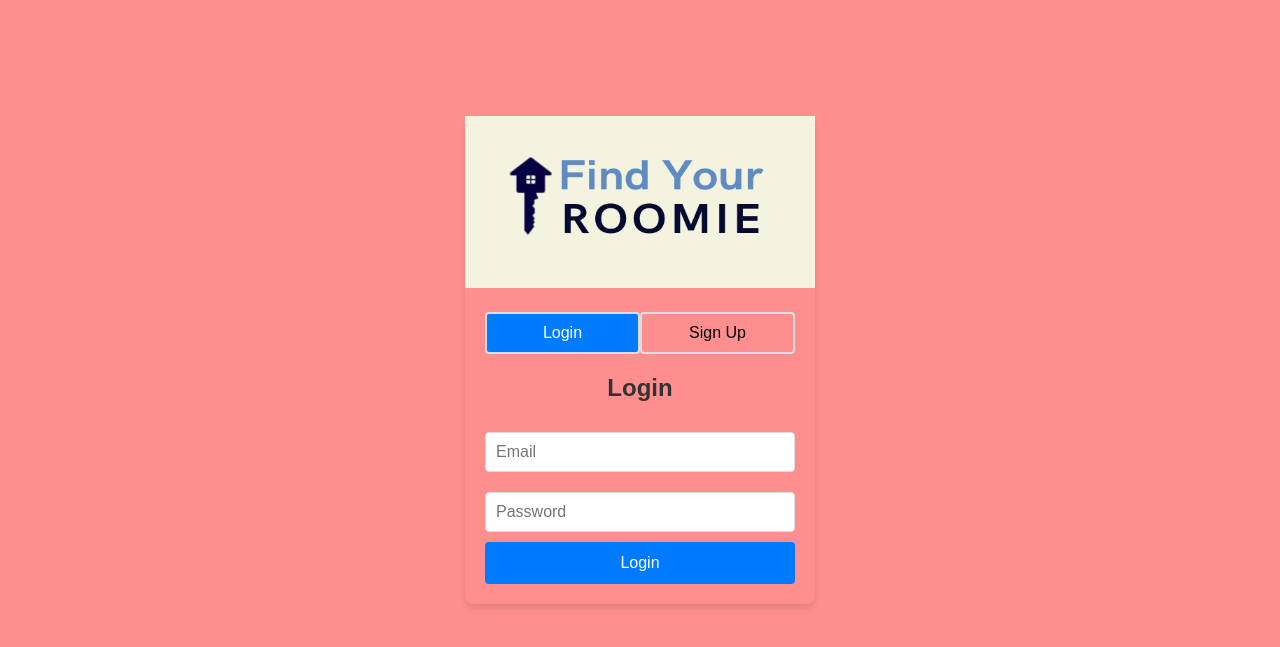
Repository: Sanjana-Inapakolla/Find-your-Roomie-website
Page: mini-project(jfst)/MiniProject/src/main/webapp/Login_signup.html
The author's editor kept a copy of each file at every save. The page is drawn from the files as they stood at one save, then again after the next save.
The browser window is 1280 px wide. The pictures show the whole page.

Above is the page before, as saved 2024-11-13 09:43:24.

### mini-project(jfst)/MiniProject/src/main/webapp/Login_signup.html
<!DOCTYPE html>
<html lang="en">
<head>
    <meta charset="UTF-8">
    <meta name="viewport" content="width=device-width, initial-scale=1.0">
    <title>Roommate Finder</title>
    <link rel="stylesheet" href="styles.css">
</head>
<body>

    <div class="container">
    <img src="images/logo.png" height =172 width=350>
        <div class="form-container">
            <div class="form-switch">
                <button class="switch-btn active" id="login-btn">Login</button>
                <button class="switch-btn" id="signup-btn">Sign Up</button>
            </div>

            <!-- Login Form -->
            <form id="login-form" class="form active" action="auth/login">
                <h2>Login</h2>
                <input type="email" name="email" placeholder="Email" required>
                <input type="password" name="password" placeholder="Password" required>
                <button type="submit" id="login" value="login">Login</button>
            </form>

            <!-- Sign Up Form -->
            <form id="signup-form" class="form" action="auth/register">
                <h2>Sign Up</h2>
                <input type="text" name="username" placeholder="Username" required>
                <input type="email" name="signupemail" placeholder="Email" required>
                <input type="password" name="signuppassword" placeholder="Password" required>
                <input type="password" name="confirmPassword" placeholder="Confirm Password" required>
                <button type="submit" id="signup" value="signup">Sign Up</button>
            </form>
            <div id="error"></div>
        </div>
    </div>

    <script src="https://ajax.googleapis.com/ajax/libs/jquery/3.6.0/jquery.min.js"></script>
    <script>
        document.getElementById('login-btn').addEventListener('click', function() {
    	$('#error').text("");
        document.getElementById('login-form').classList.add('active');
        document.getElementById('signup-form').classList.remove('active');
        document.getElementById('login-btn').classList.add('active');
        document.getElementById('signup-btn').classList.remove('active');
    });

    document.getElementById('signup-btn').addEventListener('click', function() {
    	$('#error').text("");
        document.getElementById('signup-form').classList.add('active');
        document.getElementById('login-form').classList.remove('active');
        document.getElementById('signup-btn').classList.add('active');
        document.getElementById('login-btn').classList.remove('active');
    });
    $(document).ready(function() {
        // Attach the click event directly to the submit button
        $('#signup').click(function(event) {
            event.preventDefault();  // Prevent form submission
            $('#error').text("");  // Clear previous error

            // Get values from the form inputs
            var email = $('input[name=signupemail]').val();
            var username = $('input[name="username"]').val();
            var password = $('input[name="signuppassword"]').val();
            var confirmPassword = $('input[name="confirmPassword"]').val();
            if (!password) { console.log("Password is empty."); }

            // Password validation
            var passwordValidation = /^(?=.*[A-Za-z])(?=.*\d)(?=.*[!@#$%^&*])[A-Za-z\d!@#$%^&*]{8,20}$/;

            // Validate the password format
            if (!passwordValidation.test(password)) {
                $('#error').text("Password must be between 8-20 characters and contain at least one letter, one digit, and one special character.");
                console.log('Password format invalid');
                return false;
            } else if (confirmPassword !== password) {
                $('#error').text("Passwords must match!");
                console.log('Passwords do not match');
                return false;
            } else {
                $('#error').text(""); // Clear previous error

                // If validation passes, submit the data via AJAX
                $.ajax({
                    url: 'auth/register',
                    method: 'POST',
                    data: {
                        username: username,
                        password: password,
                        email: email
                    },
                    complete: function(jqXHR) {
                        if (jqXHR.status === 200) {
                            alert("Signup successful!");
                            window.location = "form.html"
                        } else {
                            if(jqXHR.status=== 409){
                            	alert("Username or email already exists")
                            }
                            else{
                            	alert("Something went wrong!")
                            }
                        }
                    },
                    error: function() {
                        alert('Error connecting to server.');
                    }
                });
            }
        });
        $('#login').click(function(event){
        	event.preventDefault();

        	var email = $('input[name="email"]').val()
        	var password = $('input[name="password"]').val()
        	$('#error').text("");
        	$.ajax({
        		url: 'auth/login',
        		method: 'POST',
        		data: {
        			email: email,
        			password: password
        			},
        		complete: function(jqXHR){
        			if(jqXHR.status === 200){
        				alert('login successful!')
        				window.location = "home.html"
        			}
        			else if(jqXHR.status===404){
        				alert('login failed! No such user found')
        			}
        			else if(jqXHR.status===401){
        				alert('Wrong Password!')
        			}
        			else{
        				alert('Something went wrong!')
        			}
        		}
        	})
        });
    });

    </script>
</body>
</html>

### mini-project(jfst)/MiniProject/src/main/webapp/styles.css
@charset "ISO-8859-1";
* {
    margin: 0;
    padding: 0;
    box-sizing: border-box;
}

body {
    font-family: Arial, sans-serif;
    background-color: #ff8f8f;
    display: flex;
    justify-content: center;
    align-items: center;
    height: 100vh;
}

.container {
    background-color: #ff8f8f;
    width: 350px;
    border-radius: 8px;
    box-shadow: 0 4px 6px rgba(0, 0, 0, 0.1);
}

.form-container {
    padding: 20px;
}

.form-switch {
    display: flex;
    justify-content: space-around;
    margin-bottom: 20px;
}

.switch-btn {
    background-color: transparent;
    border: 2px solid #ddd;
    padding: 10px 20px;
    font-size: 16px;
    cursor: pointer;
    transition: background-color 0.3s;
    color: black;
}

.switch-btn:hover {
    background-color: #f0f0f0;
}

.switch-btn.active {
    background-color: #007bff;
    color: white;
}

.form {
    display: none;
}

.form.active {
    display: block;
}

form h2 {
    text-align: center;
    margin-bottom: 20px;
    color: #333;
}

input[type="email"],
input[type="text"],
input[type="password"] {
    width: 100%;
    padding: 10px;
    margin: 10px 0;
    border: 1px solid #ddd;
    border-radius: 4px;
    font-size: 16px;
}

button {
    width: 100%;
    padding: 12px;
    background-color: #007bff;
    color: white;
    border: none;
    border-radius: 4px;
    font-size: 16px;
    cursor: pointer;
    transition: background-color 0.3s;
}

button:hover {
    background-color: #0056b3;
}

After the next save:
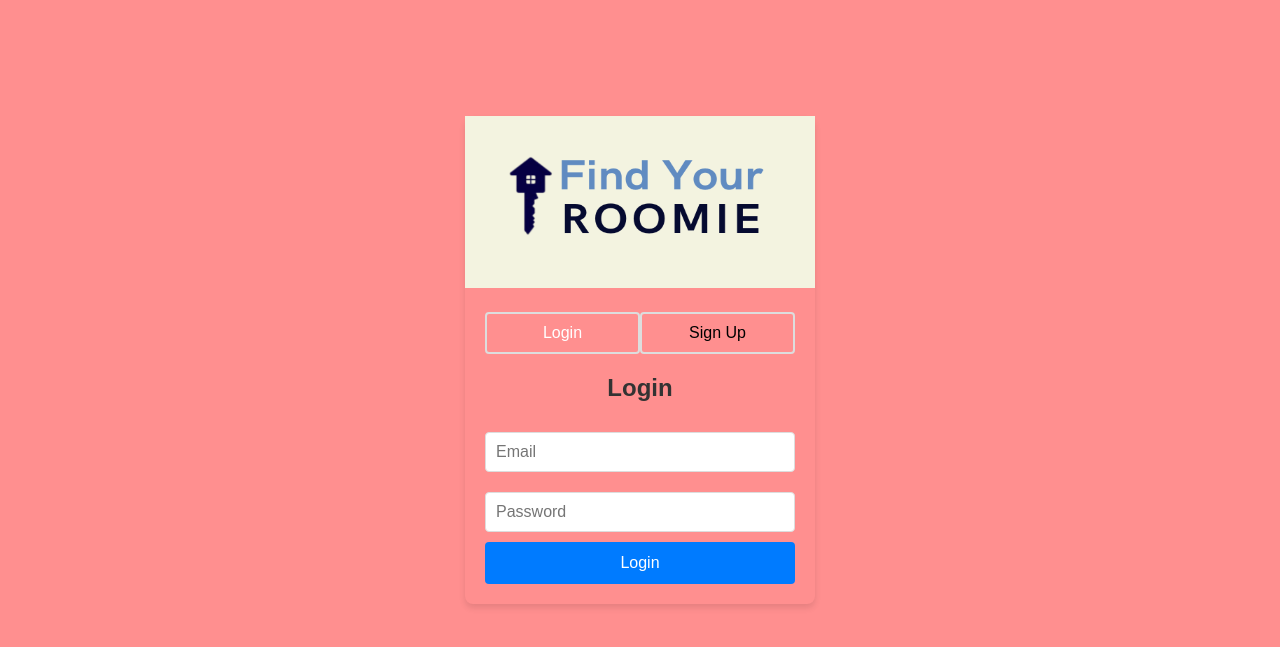
Saved 24 s later.
--- a/mini-project(jfst)/MiniProject/src/main/webapp/styles.css
+++ b/mini-project(jfst)/MiniProject/src/main/webapp/styles.css
@@ -46,7 +46,7 @@ body {
 }
 
 .switch-btn.active {
-    background-color: #007bff;
+    background-color: #ff8f8f;
     color: white;
 }
 
